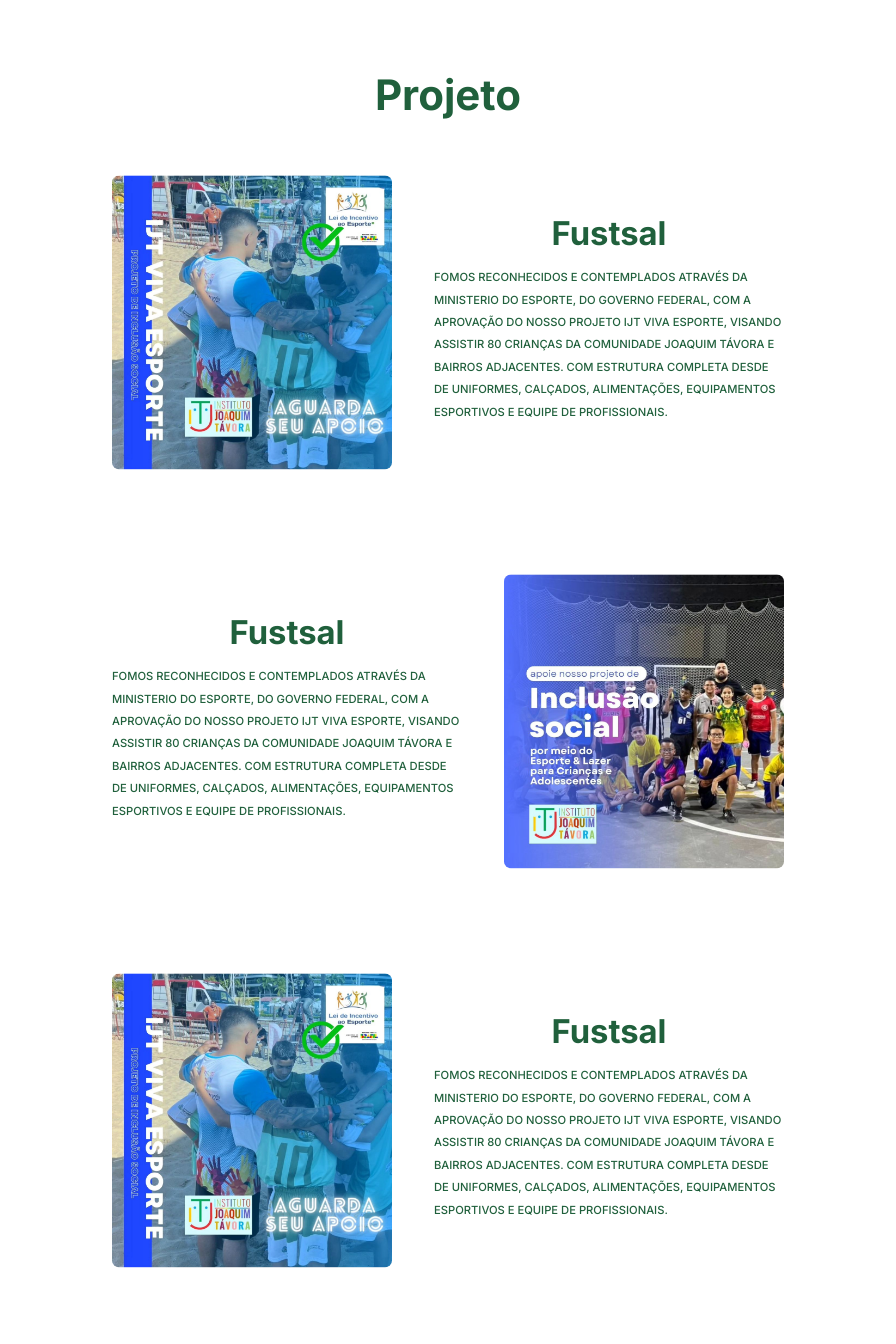
Repository: MarcelloMello90/itj2
Page: index.html
These files come from the project's save history. The page is drawn as it stood at one moment and after the next save; the edit follows.
The browser window is 1280 px wide. The pictures show the part of the page from y = 432 to 2352 px (the page is 2442 px tall before and 3480 px after), at 70% of full size.

Above is the page before, as saved 2024-07-24 15:32:58.

After the next save:
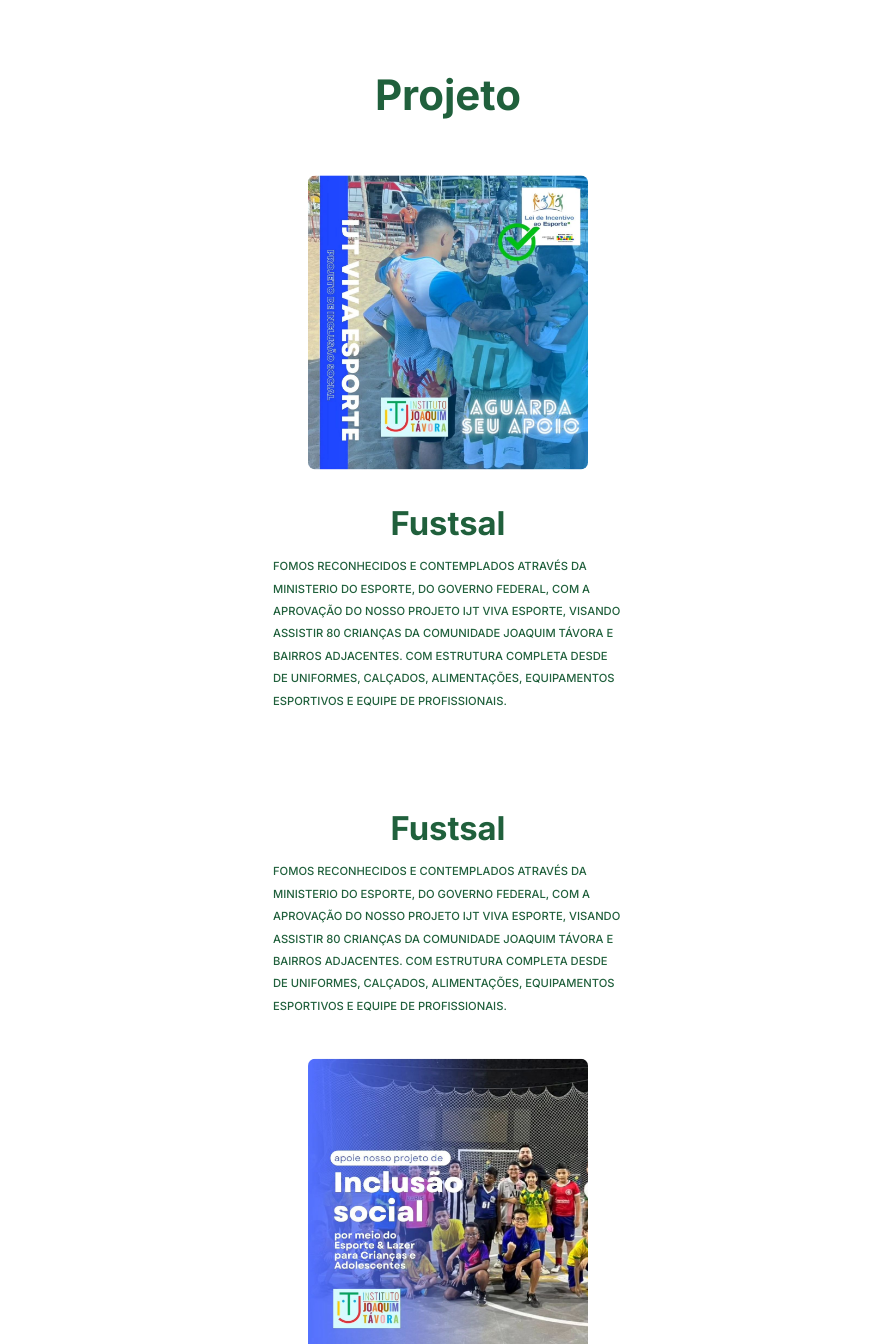
Saved 55 s later.
--- a/style.css
+++ b/style.css
@@ -229,9 +229,10 @@
 
 .wrapper_project{
   display: flex;
-    justify-content: center;
-    align-items: center;
-    gap: 60px;
+  flex-direction: column;
+  justify-content: center;
+  align-items: center;
+  gap: 60px;
 }
 
 #wrapper_project_grid_img{
